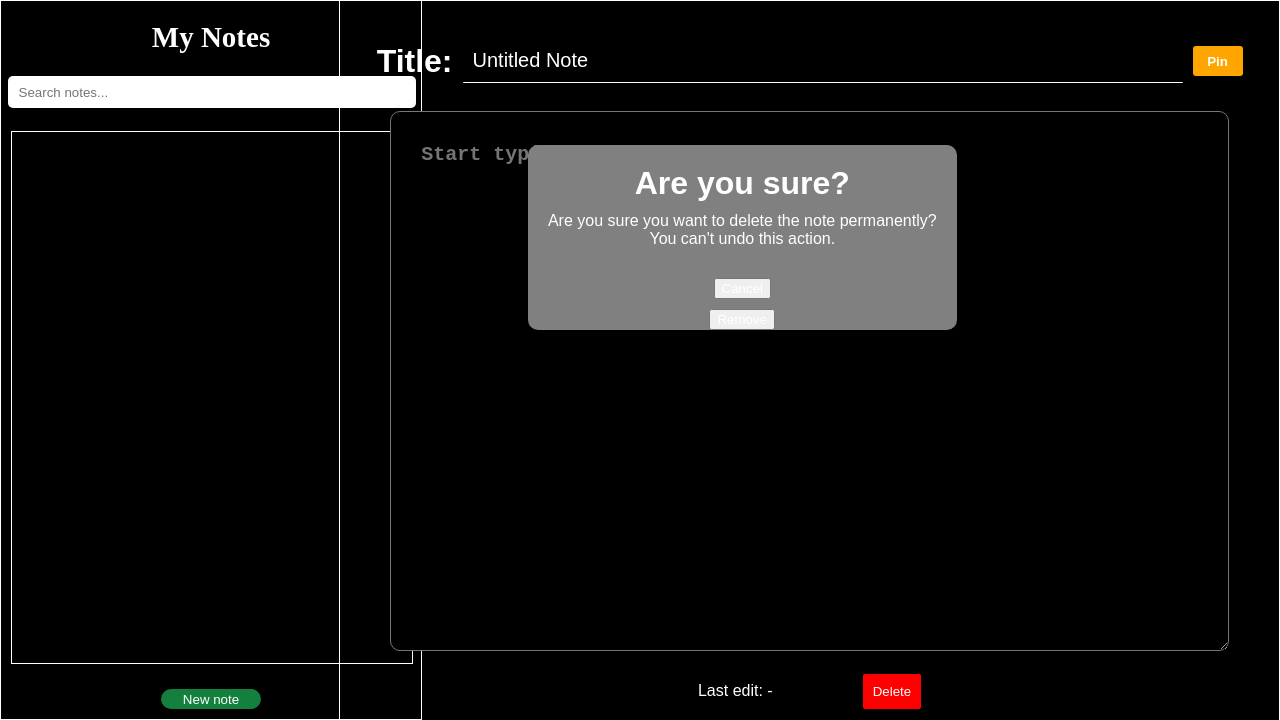
Repository: dmpelaez/myNotes
Page: QuickNotes.html
An editor plug-in stored every save of this project. The page is shown before and after the next save, followed by the edit.
The browser window is 1280 px wide. The pictures show the whole page.

Above is the page before, as saved 2025-12-18 22:02:01.

### QuickNotes.html
<!DOCTYPE html>

  <html>

    <head>

      <title>Quick Notes</title>

      <!--CSS LINK-->
      <link rel="stylesheet" href="QuickNotes.css">
    </head>
    <body>

      <!--Note section-->
      <aside class="aside-section">

        <!--My notes part-->
        <div class="myNotes">
          <p class="my-notes-text">My Notes</p>
        </div>
        <!--Search notes-->
        <div class="input-box">
          <input class="input" placeholder="Search notes...">
        </div>
        <!--Notes-->
        <div class="note-list"></div>
        <!--add button-->
        <button class="add-button">New note</button>

      </aside>

      <!---Typing section-->
      <main class="main-section">

        <!--Header-->
        <div class="header-section">
          <h1>Title:</h1>
          <input class="title-notes" placeholder="Untitled Note">
          <button class="pin-btn">Pin</button>
        </div>

        <!--text area-->
        <div class="texting-area">
          <textarea class="textarea" placeholder="Start typing..."></textarea>
        </div>

        <!---Delete button-->
        <div class="delete">
          <span class="edit">Last edit: -</span>
          <button class="delete-btn">Delete</button>
        </div>

        <div class="delete-confirm">

          <div class="modal-delete">
            <h1>Are you sure?</h1>
            <p class="sure-text">Are you sure you want to delete the note permanently?</p>
            You can't undo this action.
          </div>

          <!--delete and cancel button-->
          <button class="cancel-btn">Cancel</button>
          <button class="remove-btn">Remove</button>

        </div>

      </main>


    </body>

  </html>

### QuickNotes.css
body {
  margin: 0;
  padding: 0;
  background: black;
  box-sizing: border-box;
}
* {
  color: rgb(255, 255, 255);
}
.aside-section {
  border: 1px solid white;
  display: grid;
  width: 400px;
  position: fixed;
  bottom: 0;
  top: 0;
  grid-template-rows: 40px 30px 1fr 20px;
  padding: 10px;
  gap: 25px;

}

.my-notes-text {
  display: flex;
  margin: 0px;
  justify-self: center;
  align-self: center;
  margin-top: 10px;
}
.note-list {
  border: 1px solid white;
  width: 100%;
}

.my-notes-text {
  font-weight: bold;
  font-size: 29px;
}

.input {
  color: black;
  display: flex;
  align-self: center;
  justify-self: center;
  Width: 99%;
  height: 100%;
  border-radius: 5px;
  border: none;
  outline: none;
  padding-left: 10px;
  margin-left: 1px;
}
.input::placeholder {
  padding-left: 1px;

}

.add-button {
  width: 100px;
  display: flex;
  justify-self: center;
  background: rgb(19, 128, 61);
  border: none;
  border-radius: 10px;
  color: white;
  font-family: arial;
  align-items: center;
  justify-content: center;
  cursor: pointer;
}

.note-list {
  display: grid;
}

.main-section {
  position: fixed;
  left: 26.5%;
  border: 1px solid white;
  right: 0px;
  height: 100%;
  display: grid;
  grid-template-rows: 70px 1fr 30px;
  gap: 40px;

}

.header-section {
  display: flex;
  justify-self: center;
  align-self: center;
  gap: 10px;
  margin-top: 50px;
  align-items: center;
}
.title-notes {
  width: 700px;
  padding: 10px;
  border-radius: 1px;
  background: none;
  border: none;
  border-bottom: 1px solid white;
  outline: none;
 font-size: 20px;
 font-family: arial;
}

.title-notes::placeholder {
  color: white;
  font-family: arial;
  font-size: 20px;

}

.pin-btn {
  background: orange;
  border: none;
  border-radius: 3px;
  font-family: arial;
  font-weight: bold;
  width: 50px;
  height: 30px
}

.texting-area {
  display: flex;
  padding-right: 50px;
  padding-left: 50px;
}
.textarea {
  background: black;
  outline: none;
  display: flex;
  width: 100%;
  padding-left: 30px;
  padding-right: 80px;
  padding-top: 30px;
  line-height: 25px;
  font-size: 20px;
  font-weight: bold;
  border-radius: 10px;
}

.delete {
  display: flex;
  justify-content: center;
  align-items: center;
  gap: 90px;
  margin-bottom: 40px;

}
.delete-btn {
  background: red;
  border: none;
  border-radius: 2px;
  padding: 10px;
  cursor: pointer;
}
.edit {
  font-family: arial;
}

.delete-confirm {
  position: absolute;
  left: 20%;
  top: 20%;
  display: flex;
  background: gray;
  border-radius: 10px;
  flex-direction: column;
  align-items: center;
  justify-content: center;
  gap: 10px;
}
.modal-delete {
  padding: 20px;
  display: flex;
  flex-direction: column;
  align-items: center;
  font-family: arial;

}
h1 {
  display: flex;
  justify-self: center;
  margin: 0px;
  font-family: arial;
}
.sure-text {
  margin: 0px;
  margin-top: 10px;
  font-family: arial;
}

After the next save:
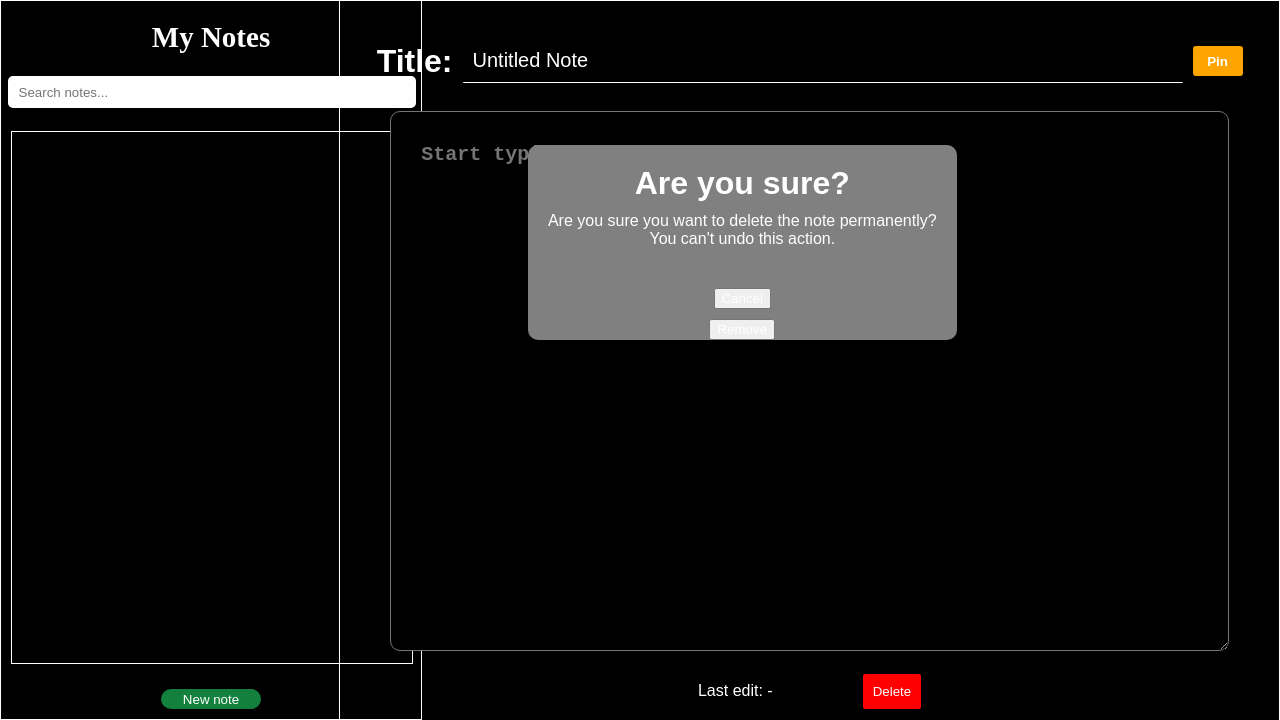
Saved 18 s later.
--- a/QuickNotes.html
+++ b/QuickNotes.html
@@ -59,6 +59,9 @@
           </div>
 
           <!--delete and cancel button-->
+          <div class="btn-section">
+
+          </div>
           <button class="cancel-btn">Cancel</button>
           <button class="remove-btn">Remove</button>
 
